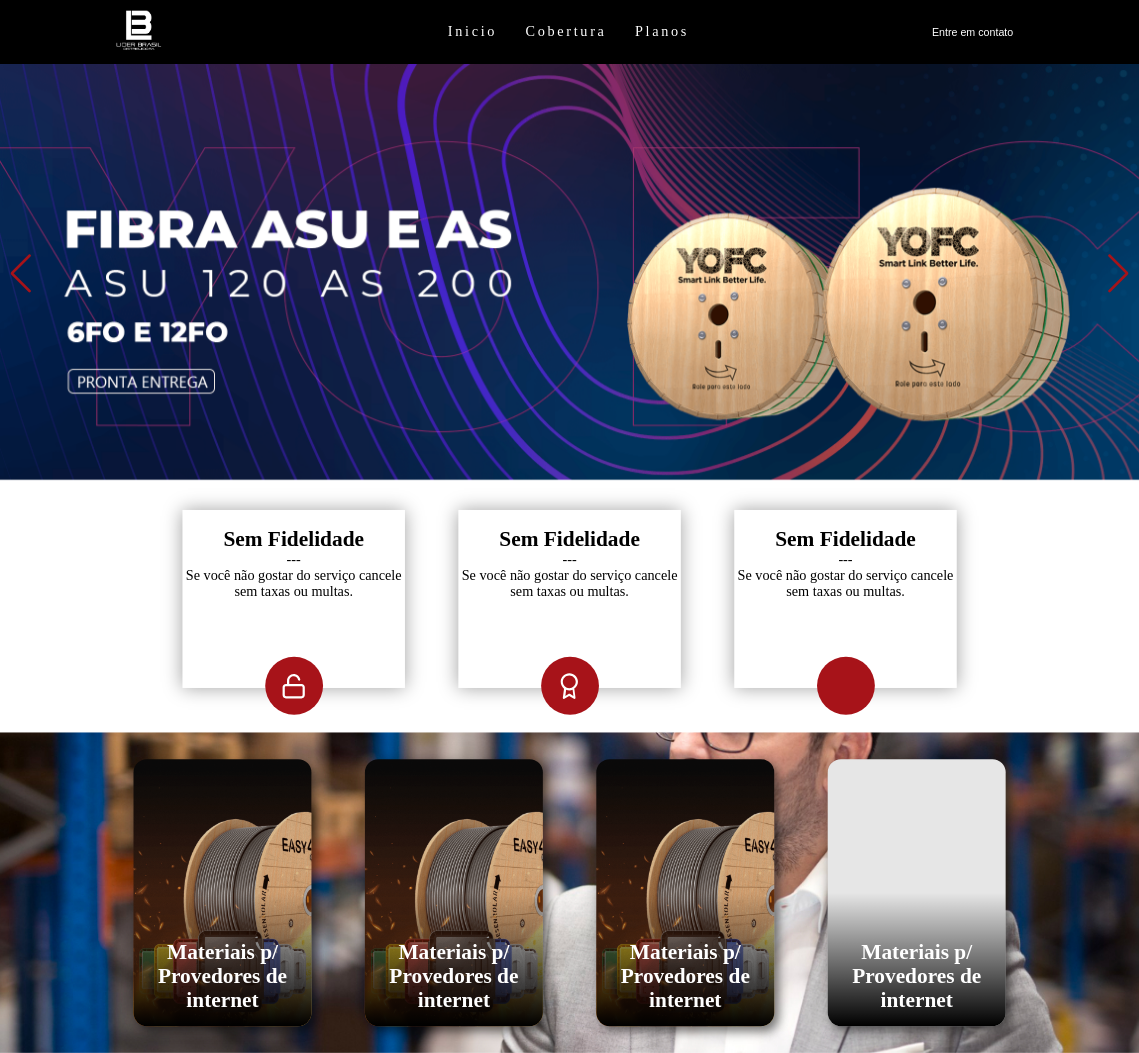
Repository: mateus-henrique-silva/Novo_institucional_lider
Page: index.html
An editor plug-in stored every save of this project. The page is shown before and after the next save, followed by the edit.
The browser window is 1280 px wide. The pictures show the whole page, at 89% of full size.
Backgrounds fixed to the window are drawn as part of the page. Some web fonts or font styles are not loaded; a fallback is used.

Above is the page before, as saved 2022-09-06 10:34:52.
Console error: SyntaxError: Identifier 'MobileNavbar' has already been declared

After the next save:
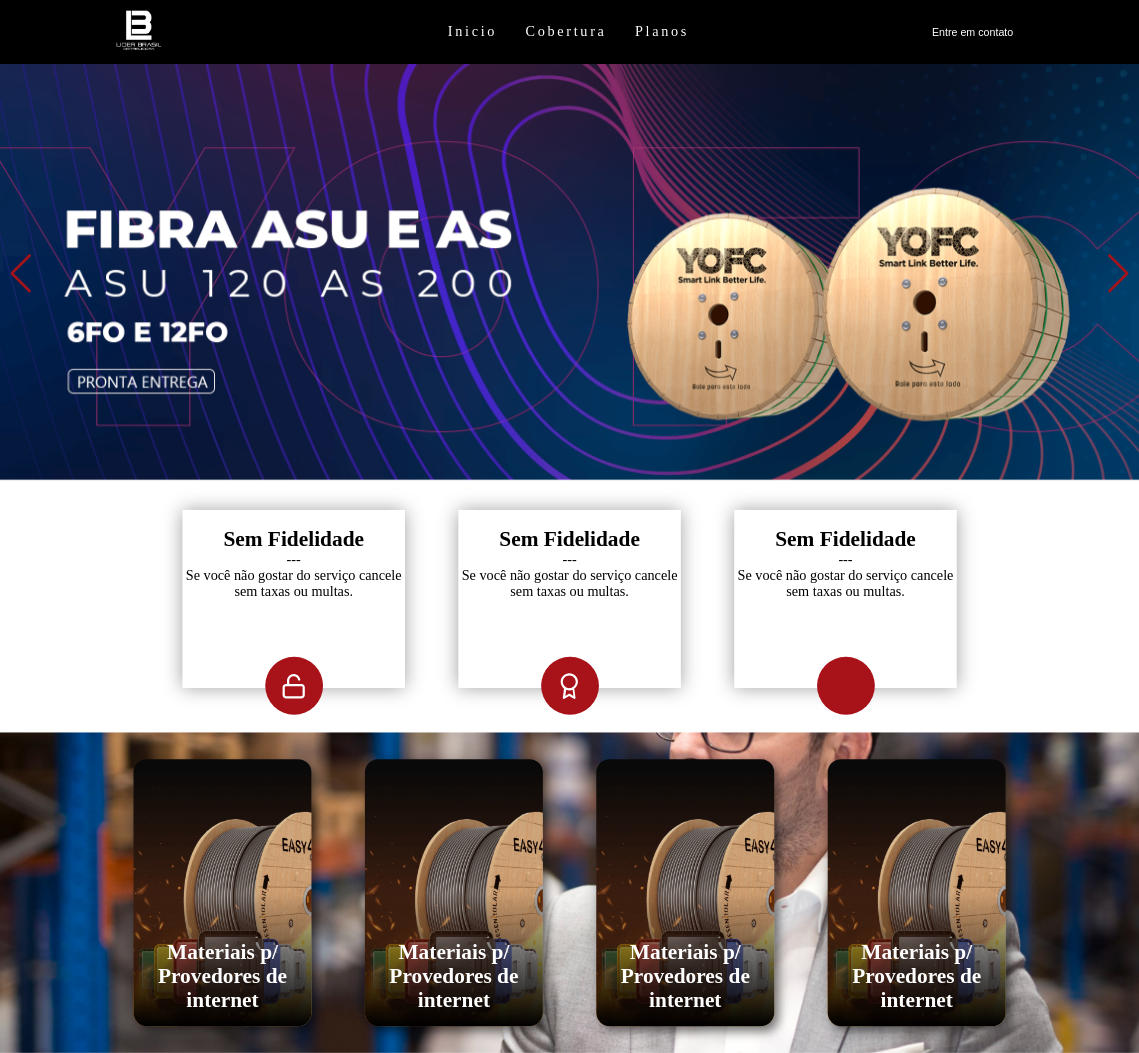
Saved 4 s later.
--- a/src/CSS/Main/Products/style.css
+++ b/src/CSS/Main/Products/style.css
@@ -128,7 +128,7 @@
   background-size: 100%!important;
 }
 
-#products-one{
+#products-four{
   background: url("../../../Assets/img/Background/products/db.png")
   no-repeat center!important;
   background-size: 100%!important;
